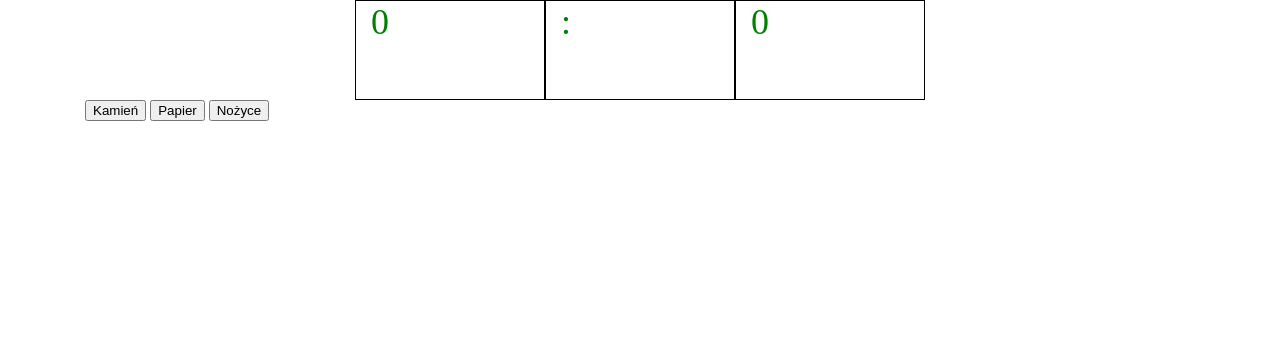
Repository: ulasup/javascript-prework
Page: index.html
The author's editor kept a copy of each file at every save. The page is drawn from the files as they stood at one save, then again after the next save.
The browser window is 1280 px wide. The pictures show the whole page.
Some web libraries are served in a nearby version. The style sheet was rebuilt from its Sass, Less or Tailwind sources for each picture, by a compiler version that may differ from the author's.

Above is the page before, as saved 2020-12-12 17:06:03.

After the next save:
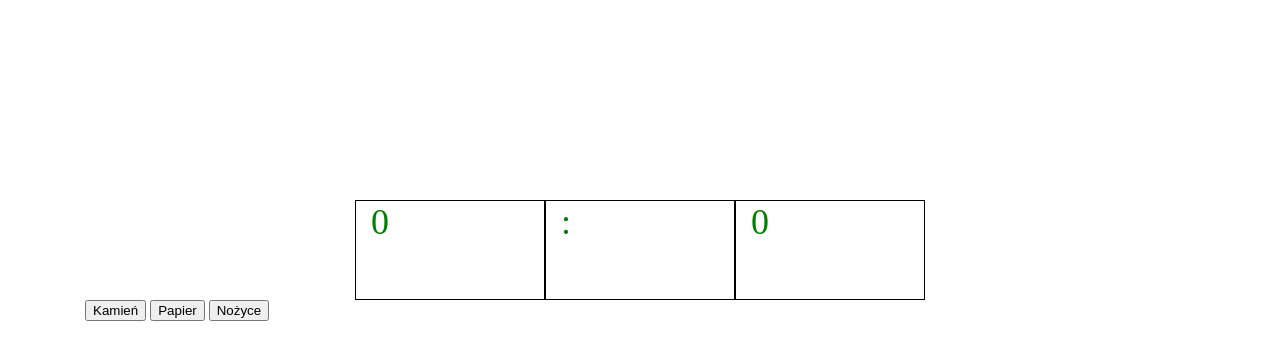
Saved 39 s later.
--- a/sass/style.scss
+++ b/sass/style.scss
@@ -1,5 +1,8 @@
 body {
     margin: auto;
+}
+.header {
+    height: 200px;
 }
 .row {
     justify-content: center;
